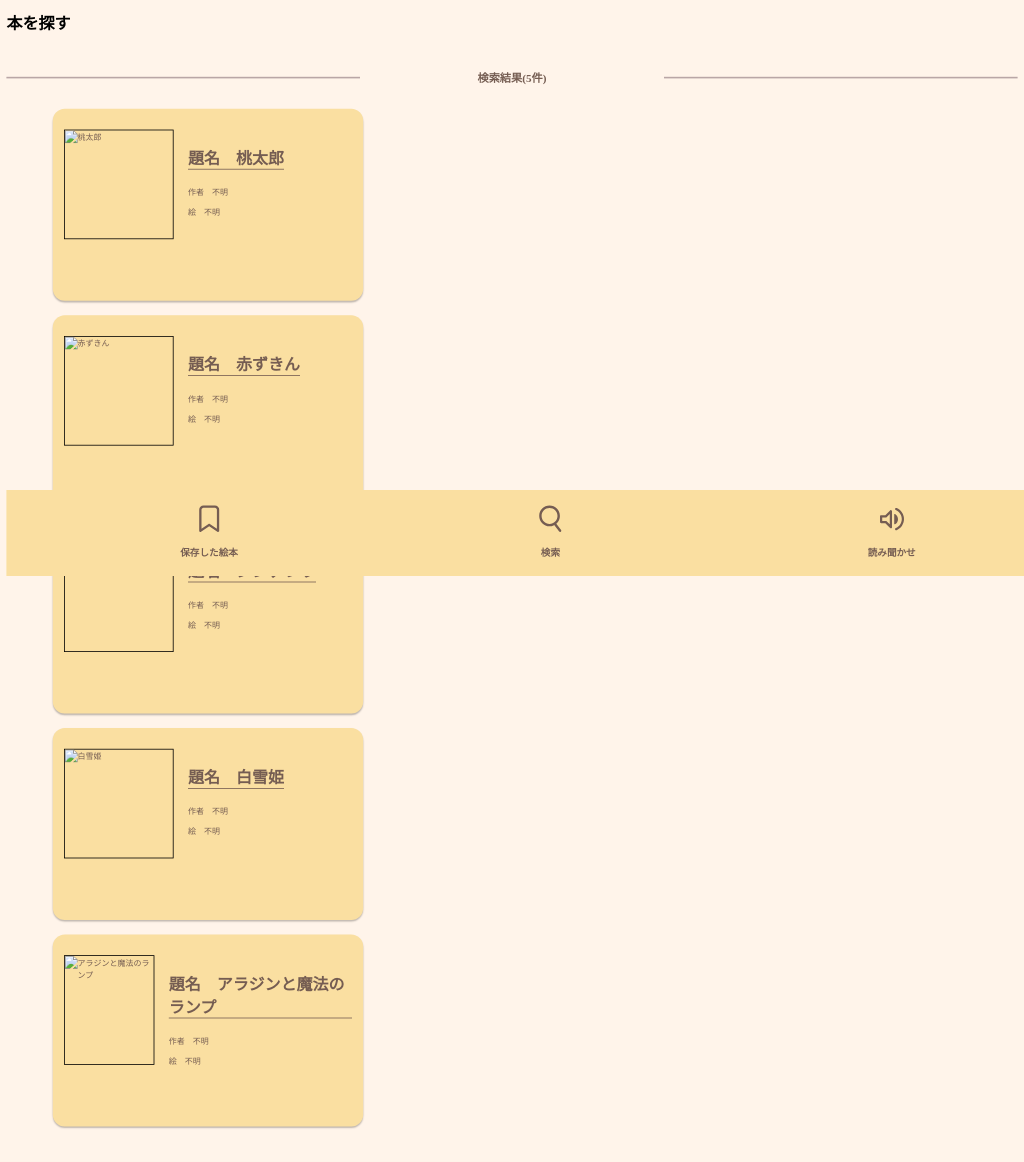
Repository: kmii12/2024-teampj
Page: /result
The author's editor kept a copy of each file at every save. The page is drawn from the files as they stood at one save, then again after the next save.
The browser window is 1280 px wide. The pictures show the whole page, at 80% of full size.
The project was rebuilt for these pictures with package versions that can differ from the ones it lists, and the page was loaded fresh each time. The framework's server and built-in components were replaced by stand-ins that run in the browser. Also part of the build but not shown: next.config.mjs.

Above is the page before, as saved 2024-10-23 11:49:38.

### src/app/result/page.tsx
"use client";

import Link from "next/link";
import styles from "./Result.module.scss";
import { usePathname } from "next/navigation";

export default function Result() {
  const pathname = usePathname();

  //ダミーデータ（あとからfirebaseから取得）
  const ResultDatas = [
    {
      id: 1,
      title: "桃太郎",
      writer: "不明",
      illustrator: "不明",
      image: "",
      livingThing: ["人間", "陸の生き物", "空の生き物"],
      mainCharacter: "桃太郎",
      character: [
        "桃太郎",
        "犬",
        "猿",
        "キジ",
        "鬼",
        "おじいさん",
        "おばあさん",
      ],
      genre: "昔話",
      location: "日本",
      hue: "不明",
      atmosphere: "",
      season: "不明",
    },
    {
      id: 2,
      title: "赤ずきん",
      writer: "不明",
      illustrator: "不明",
      image: "",
      livingThing: ["人間", "陸の生き物", "空の生き物"],
      mainCharacter: "赤ずきん",
      character: ["赤ずきん", "おばあさん", "オオカミ"],
      hue: "不明",
      atmosphere: ["かわいい", "怖い"],
      genre: "昔話",
      location: "海外",
      season: "不明",
    },
    {
      id: 3,
      title: "シンデレラ",
      writer: "不明",
      illustrator: "不明",
      livingThing: "人間",
      mainCharacter: "シンデレラ",
      character: ["シンデレラ", "王子", "魔法使い"],
      genre: "昔話",
      location: "海外",
      hue: "不明",
      atmosphere: "",
      season: "不明",
    },
    {
      id: 4,
      title: "白雪姫",
      writer: "不明",
      illustrator: "不明",
      livingThing: ["人間", "陸の生き物"],
      mainCharacter: "白雪姫",
      character: ["白雪姫", "王子", "魔女", "小人"],
      genre: "昔話",
      location: "海外",
      hue: "不明",
      atmosphere: "",
      season: "不明",
    },
    {
      id: 5,
      title: "アラジンと魔法のランプ",
      writer: "不明",
      illustrator: "不明",
      livingThing: ["人間", "陸の生き物"],
      mainCharacter: "アラジン",
      character: ["アラジン", "ジーニー", "王女", "魔法使い", "盗賊"],
      genre: "昔話",
      location: "海外",
      hue: "不明",
      atmosphere: "",
      season: "不明",
    },
  ];
  return (
    <>
      <h1>本を探す</h1>

      <div className={styles.resultContainer}>
        <h2>検索結果({ResultDatas.length}件)</h2>
        <ul className={styles.resultList}>
          <div className={styles.resultItemWrap}>
            {ResultDatas.map((result) => (
              <li key={result.id} className={styles.resultItem}>
                <div className={styles.itemImageWrap}>
                  <img
                    src={result.image}
                    alt={result.title}
                    className={styles.image}
                  />
                </div>
                <div className={styles.itemDescriptionWrap}>
                  <h3 className="title">題名　{result.title}</h3>
                  <div className={styles.fixedBottom}>
                    <p className="writer">作者　{result.writer}</p>
                    <p className="illustrator">絵　{result.illustrator}</p>
                  </div>
                </div>
              </li>
            ))}
          </div>
        </ul>
      </div>
    </>
  );
}

### src/app/globals.css
html {
  font-size: 62.5%;
}

body {
  font-family: "Zen Maru Gothic", serif;
  background-color: #fff4ea;
}

a {
  color: inherit;
  text-decoration: none;
}

li {
  list-style-type: none;
}

### src/app/components/Footer.tsx
"use client";

import Link from "next/link";
import styles from "./Footer.module.scss";
import { usePathname } from "next/navigation";

export default function Footer() {
  const pathname = usePathname();

  return (
    <footer className={styles.footer}>
      <nav>
        <ul>
          <li>
            <Link
              href="/saved"
              className={pathname === "/saved" ? styles.active : ""}
            >
              <svg
                xmlns="http://www.w3.org/2000/svg"
                width="40"
                height="40"
                viewBox="0 0 40 40"
                fill="none"
              >
                <path
                  d="M31.5577 36C31.2643 35.9944 30.9782 35.9096 30.7308 35.7549L20.5 28.7589L10.2692 35.7549C10.0433 35.8898 9.78379 35.9611 9.51923 35.9611C9.25467 35.9611 8.99521 35.8898 8.76923 35.7549C8.54791 35.643 8.3604 35.4762 8.22542 35.271C8.09043 35.0658 8.01271 34.8295 8 34.5857V8.18571C8 6.81038 8.55718 5.49137 9.54895 4.51886C10.5407 3.54635 11.8859 3 13.2885 3H27.7115C29.1141 3 30.4593 3.54635 31.451 4.51886C32.4428 5.49137 33 6.81038 33 8.18571V34.5857C33.001 34.8425 32.9297 35.0945 32.7939 35.3141C32.6582 35.5337 32.4633 35.7123 32.2308 35.8303C32.0245 35.9413 31.793 35.9996 31.5577 36ZM20.5 25.6286C20.7947 25.6255 21.0833 25.7111 21.3269 25.8737L30.1154 31.8703V8.18571C30.1154 7.56056 29.8621 6.96101 29.4113 6.51896C28.9605 6.07691 28.3491 5.82857 27.7115 5.82857H13.2885C12.6509 5.82857 12.0395 6.07691 11.5887 6.51896C11.1379 6.96101 10.8846 7.56056 10.8846 8.18571V31.8703L19.6731 25.8737C19.9167 25.7111 20.2053 25.6255 20.5 25.6286Z"
                  fill={pathname === "/saved" ? "#c96868" : "#755D52"}
                />
              </svg>
              <p
                style={{
                  color: pathname === "/saved" ? "#c96868" : "#755D52",
                }}
              >
                保存した絵本
              </p>
            </Link>
          </li>
          <li>
            <Link href="/" className={pathname === "/" ? styles.active : ""}>
              <svg
                xmlns="http://www.w3.org/2000/svg"
                width="40"
                height="40"
                viewBox="0 0 40 40"
                fill="none"
              >
                <path
                  fillRule="evenodd"
                  clipRule="evenodd"
                  d="M18.9346 25.8692C24.4214 25.8692 28.8692 21.4214 28.8692 15.9346C28.8692 10.4479 24.4214 6 18.9346 6C13.4479 6 9 10.4479 9 15.9346C9 21.4214 13.4479 25.8692 18.9346 25.8692ZM18.9346 28.8692C26.0782 28.8692 31.8692 23.0782 31.8692 15.9346C31.8692 8.79103 26.0782 3 18.9346 3C11.791 3 6 8.79103 6 15.9346C6 23.0782 11.791 28.8692 18.9346 28.8692Z"
                  fill={pathname === "/" ? "#c96868" : "#755D52"}
                />
                <path
                  fillRule="evenodd"
                  clipRule="evenodd"
                  d="M33.0447 35.7533C32.3807 36.2486 31.4408 36.1119 30.9455 35.4479L25.0052 27.4848C24.5099 26.8208 24.6466 25.881 25.3106 25.3856C25.9746 24.8903 26.9145 25.027 27.4098 25.691L33.3501 33.6541C33.8455 34.3181 33.7087 35.2579 33.0447 35.7533Z"
                  fill={pathname === "/" ? "#c96868" : "#755D52"}
                />
              </svg>
              <p
                style={{
                  color: pathname === "/" ? "#c96868" : "#755D52",
                }}
              >
                検索
              </p>
            </Link>
          </li>
          <li>
            <Link
              href="/read"
              className={pathname === "/read" ? styles.active : ""}
            >
              <svg
                xmlns="http://www.w3.org/2000/svg"
                width="40"
                height="40"
                viewBox="0 0 40 40"
                fill="none"
              >
                <path
                  d="M32.2221 19.8994C32.2221 17.3902 31.5324 15.124 30.1529 13.1006C28.7732 11.0776 26.9538 9.59382 24.6946 8.64937C24.3335 8.49187 24.0742 8.24423 23.9167 7.90646C23.7592 7.5684 23.7499 7.22812 23.8888 6.88562C24.0371 6.51507 24.2987 6.25576 24.6737 6.10771C25.0487 5.95965 25.4307 5.96424 25.8196 6.12146C28.5879 7.27896 30.8101 9.10076 32.4862 11.5869C34.1621 14.073 35 16.8438 35 19.8994C35 22.9549 34.1621 25.7258 32.4862 28.2119C30.8101 30.698 28.5879 32.5198 25.8196 33.6773C25.4307 33.8345 25.0487 33.8391 24.6737 33.691C24.2987 33.543 24.0371 33.2837 23.8888 32.9131C23.7499 32.5706 23.7592 32.2303 23.9167 31.8923C24.0742 31.5545 24.3335 31.3069 24.6946 31.1494C26.9538 30.2049 28.7732 28.7212 30.1529 26.6981C31.5324 24.6748 32.2221 22.4085 32.2221 19.8994ZM11.6667 24.941H6.38875C5.99069 24.941 5.65972 24.8091 5.39583 24.5452C5.13194 24.2813 5 23.9503 5 23.5523V16.3298C5 15.9317 5.13194 15.6008 5.39583 15.3369C5.65972 15.073 5.99069 14.941 6.38875 14.941H11.6667L17.6388 8.96896C18.074 8.53368 18.5764 8.4341 19.1458 8.67021C19.7153 8.90632 20 9.33451 20 9.95479V29.9273C20 30.5476 19.7153 30.9758 19.1458 31.2119C18.5764 31.448 18.074 31.3484 17.6388 30.9131L11.6667 24.941ZM27.5 19.941C27.5 21.293 27.1713 22.5315 26.5138 23.6565C25.8565 24.7815 24.9492 25.6587 23.7917 26.2881C23.5508 26.4178 23.3217 26.4109 23.1042 26.2673C22.8867 26.124 22.7779 25.9226 22.7779 25.6631V14.1631C22.7779 13.904 22.8867 13.7026 23.1042 13.559C23.3217 13.4156 23.5508 13.4087 23.7917 13.5381C24.9492 14.177 25.8565 15.0706 26.5138 16.219C27.1713 17.367 27.5 18.6077 27.5 19.941ZM17.2221 13.5244L12.8887 17.719H7.77792V22.1631H12.8887L17.2221 26.3856V13.5244Z"
                  fill={pathname === "/read" ? "#c96868" : "#755D52"}
                />
              </svg>
              <p
                style={{
                  color: pathname === "/read" ? "#c96868" : "#755D52",
                }}
              >
                読み聞かせ
              </p>
            </Link>
          </li>
        </ul>
      </nav>
    </footer>
  );
}

### src/app/result/Result.module.scss
@import "../styles/variables.scss";

.resultContainer {
  color: $text;
  margin: 44px 0; //resultPage全ての上下の余白
  // border: 1px solid #000;

  h2 {
    //検索結果
    position: relative;
    text-align: center;
    font-size: 1.4em;
    margin-bottom: 30px;
    &::before,
    &::after {
      content: "";
      position: absolute;
      top: 50%;
      width: 35%;
      height: 1.5px;
      background-color: #b9a6a6;
    }
    &::before {
      left: 0;
    }
    &::after {
      right: 0;
    }
  }
  h3 {
    //本の題名
    font-size: 2em;
    border-bottom: 1.5px solid $text;
  }

  .resultItem {
    //li
    padding: 26px 14px;
    margin: 18px;
    width: 360px;
    height: 188px;
    background-color: $main;
    border-radius: 15px;
    box-shadow: 0px 2px 2px rgba($color: #000000, $alpha: 0.25);
    display: flex;
    gap: 18px;

    .itemImageWrap {
      width: 135px;
      height: 135px;
      border: 1px solid #000;
    }
    .fixedBottom {
      position: relative;
      .writer,
      .illustrator {
        position: absolute;
      }
    }
  }
}

### src/app/components/Footer.module.scss
@import "../styles/variables.scss";

.footer {
  width: 100%;
  height: 14dvh;
  padding-top: 1dvh;
  background-color: $main;
  position: fixed;
  bottom: 0;
  nav {
    width: inherit;
    height: inherit;
    ul {
      width: inherit;
      height: auto;
      display: flex;
      justify-content: space-around;
      align-items: center;
      li {
        width: calc(100% / 3);
        a {
          display: flex;
          flex-direction: column;
          justify-content: center;
          align-items: center;
          p {
            font-weight: 700;
            font-size: 1.2rem;
          }
        }
      }
    }
  }
}

### src/app/styles/variables.scss
// sassでカラーを使用するとき用

// 使用するファイルで最初に下記を記述
// コンポーネント用 → @import "../styles/variables.scss";
// ページ用 → @import "./styles/variables.scss";

$base: #fff4ea;
$main: #fadfa1;
$sub: #c96868;
$accent: #7eacb5;
$text: #755d52;

Loaded but not shown: src/app/layout.tsx (common file)

After the next save:
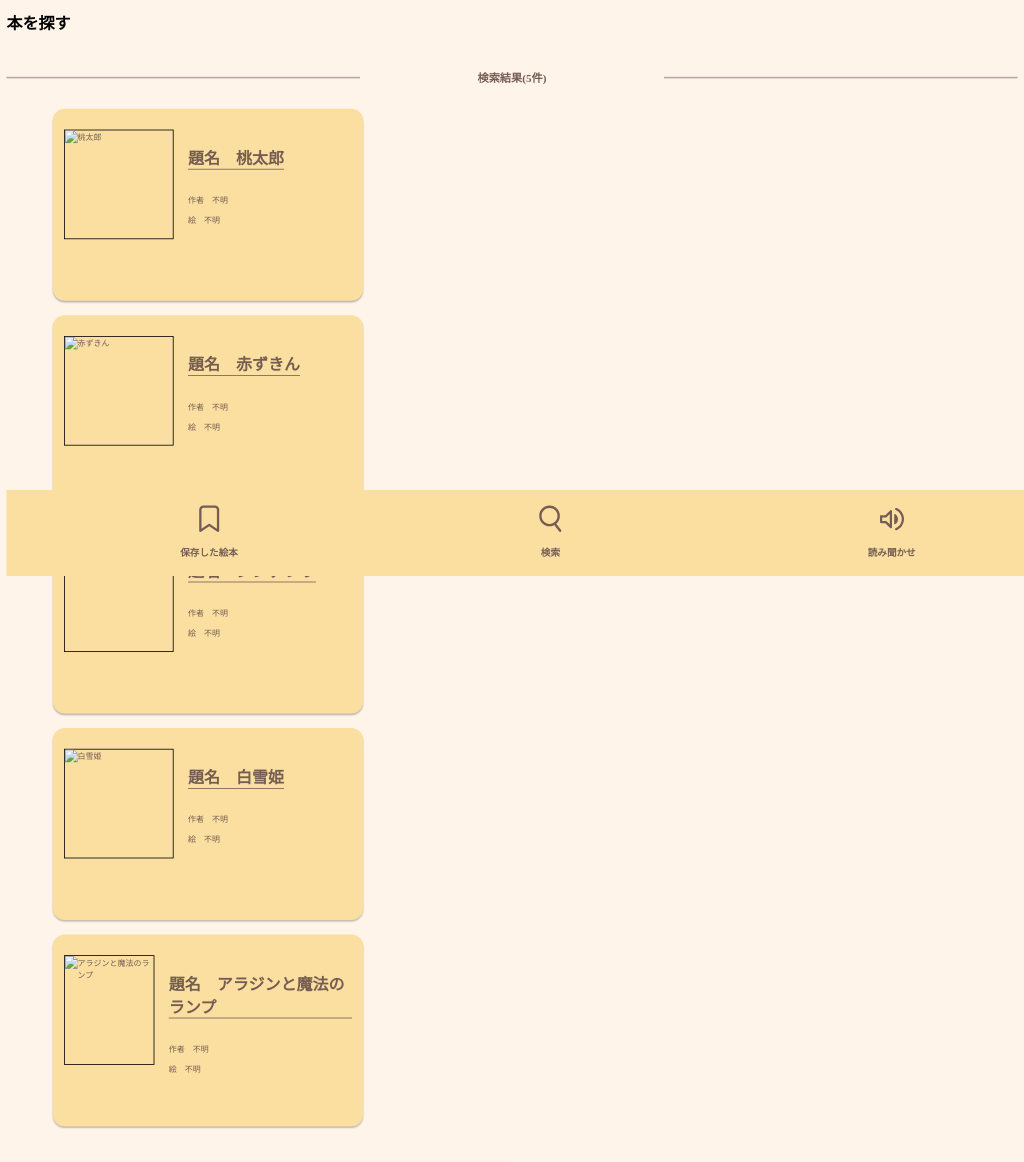
Saved 44 s later.
--- a/src/app/result/Result.module.scss
+++ b/src/app/result/Result.module.scss
@@ -44,6 +44,7 @@
     box-shadow: 0px 2px 2px rgba($color: #000000, $alpha: 0.25);
     display: flex;
     gap: 18px;
+    position: relative;
 
     .itemImageWrap {
       width: 135px;
@@ -51,11 +52,7 @@
       border: 1px solid #000;
     }
     .fixedBottom {
-      position: relative;
-      .writer,
-      .illustrator {
-        position: absolute;
-      }
+      position: absolute;
     }
   }
 }
